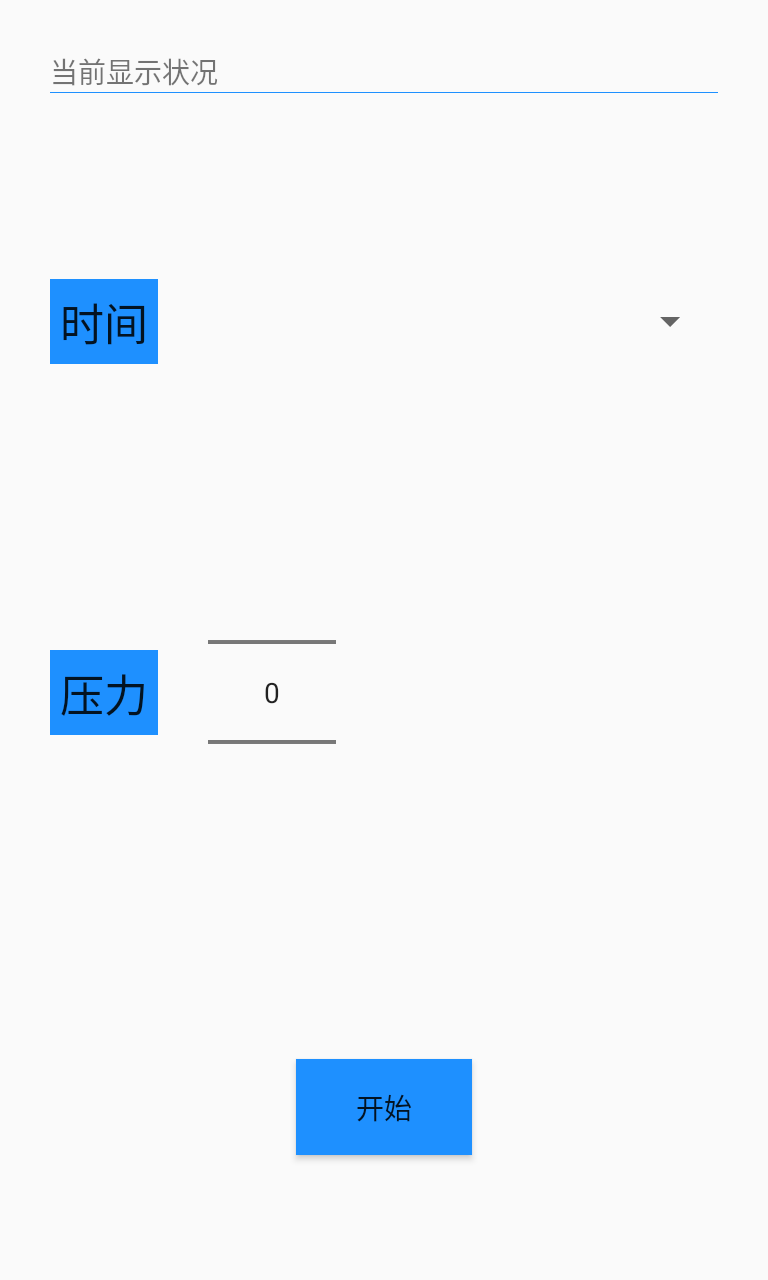
Repository: mimimy/MassagePro
Layout: BLE-Version/MassageTool/res/layout/base_pager.xml
The author's editor kept a copy of each file at every save. The layout is drawn from the files as they stood at one save, then again after the next save.
It is drawn on a 768 x 1280 px phone screen (xhdpi) without system bars, with theme AppTheme; the app's code is not run.

Above is the layout before, as saved 2018-07-29 04:06:59.

After the next save:
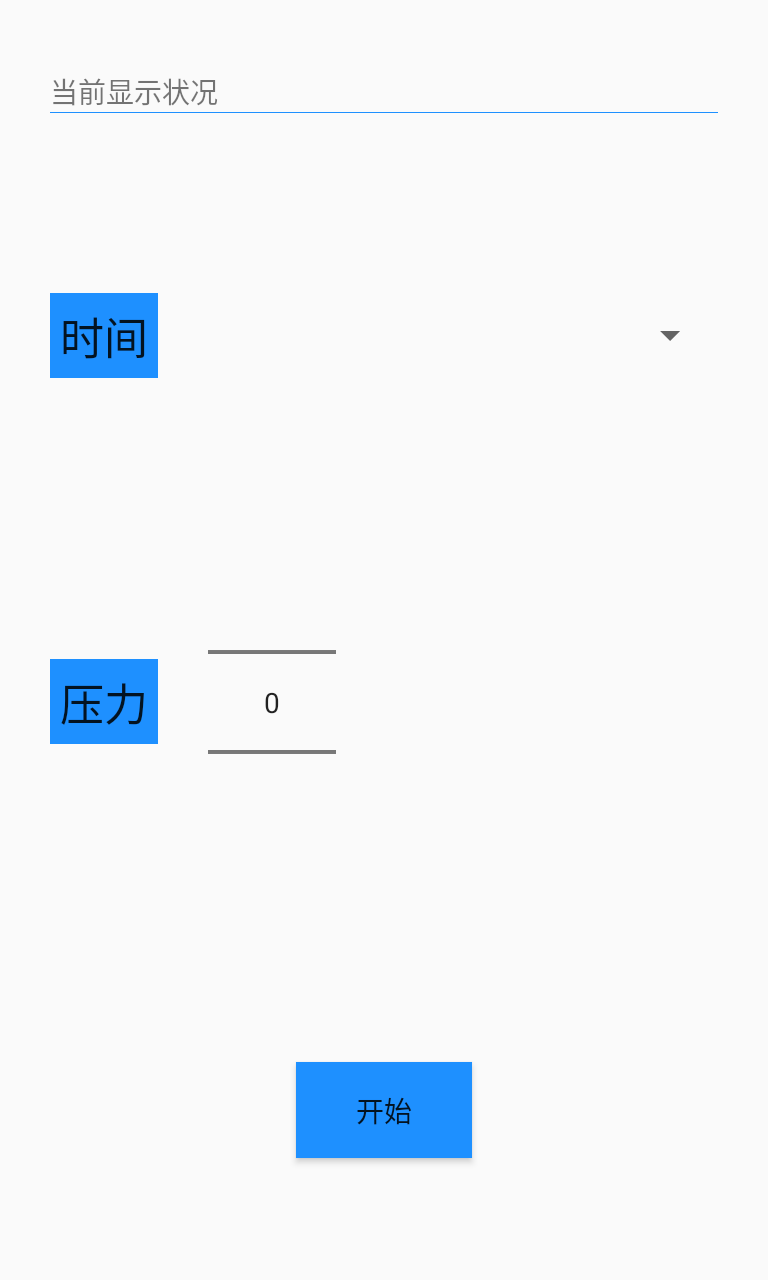
Saved 32 s later.
--- a/BLE-Version/MassageTool/res/layout/base_pager.xml
+++ b/BLE-Version/MassageTool/res/layout/base_pager.xml
@@ -6,6 +6,7 @@
     android:orientation="vertical" >
 
 	<LinearLayout
+	    android:layout_marginTop="20px"
 	    android:layout_width="match_parent"
 	    android:layout_height="wrap_content"
 	    android:orientation="vertical"
